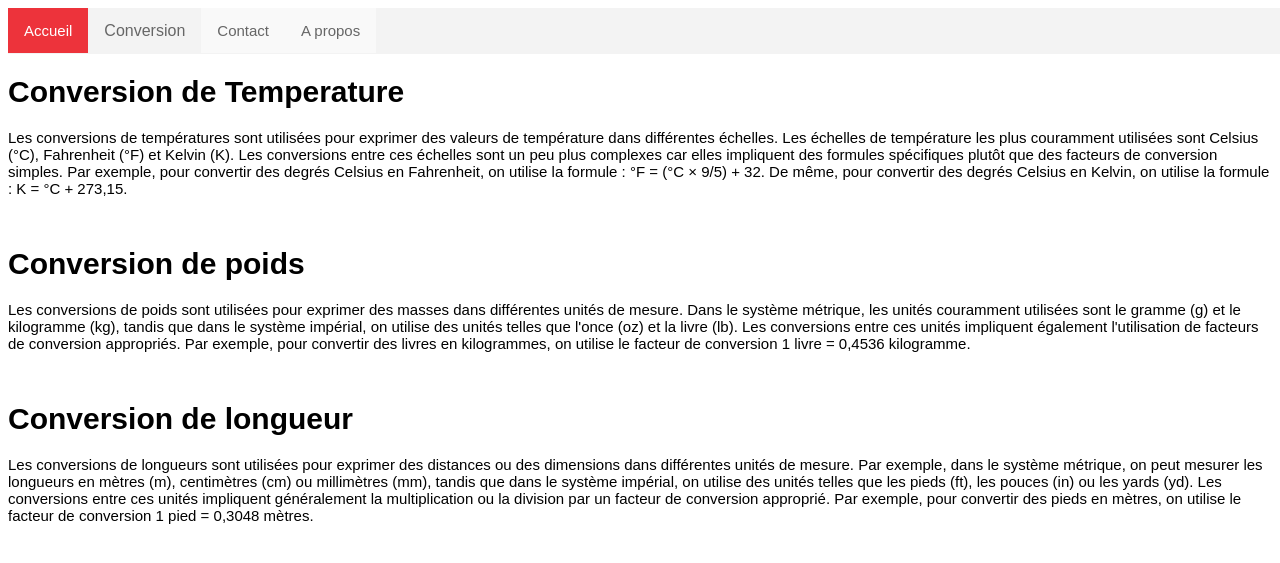
Repository: Santatrasoa/six
Page: http://localhost/Conversion/detail.html
These files come from the project's save history. The page is drawn as it stood at one moment and after the next save; the edit follows.
The browser window is 1280 px wide. The pictures show the whole page.
The page is served by Tomcat 10. Other server files are loaded and not shown.

Above is the page before, as saved 2024-04-10 09:35:26.

### Conversion/Conversion/src/main/webapp/detail.html
<!DOCTYPE html>
<html lang="en">

<head>
	<meta charset="UTF-8">
	<meta http-equiv="X-UA-Compatible" content="IE=edge">
	<meta name="viewport" content="width=device-width, initial-scale=1.0">
	<title>Acceuil</title>
	<link rel="stylesheet" href="style.css">
</head>

<body>
	<ul>
		<li><a class="active" href="index.html">Accueil</a></li>
		<li class="notHidden">
			<div class="dropdown">
				<button class="dropbtn">Conversion</button>
				<div class="dropdown-content">
					<a style="text-align: left;" href="temperature.jsp">temperature</a>
					<a style="text-align: left;" href="poid.jsp">Poid</a>
					<a style="text-align: left;" href="longueur.jsp">longueur</a>
				</div>
			</div>
		</li>
		<li><a href="index.html">Contact</a></li>
		<li><a href="detail.html">A propos</a></li>
	</ul>

	<br>
	<h1 style="margin-top: 50Px;font-size: 2em;">Conversion de Temperature</h1>
	<p>
		Les conversions de températures sont utilisées pour exprimer des valeurs de température dans différentes échelles. Les échelles de température les plus couramment utilisées sont Celsius (°C), Fahrenheit (°F) et Kelvin (K). Les conversions entre ces échelles sont un peu plus complexes car elles impliquent des formules spécifiques plutôt que des facteurs de conversion simples. Par exemple, pour convertir des degrés Celsius en Fahrenheit, on utilise la formule : °F = (°C × 9/5) + 32. De même, pour convertir des degrés Celsius en Kelvin, on utilise la formule : K = °C + 273,15.
	</p>

	<h1 style="margin-top: 50Px;font-size: 2em;">Conversion de poids</h1>
	<p>
		Les conversions de poids sont utilisées pour exprimer des masses dans différentes unités de mesure. Dans le système métrique, les unités couramment utilisées sont le gramme (g) et le kilogramme (kg), tandis que dans le système impérial, on utilise des unités telles que l'once (oz) et la livre (lb). Les conversions entre ces unités impliquent également l'utilisation de facteurs de conversion appropriés. Par exemple, pour convertir des livres en kilogrammes, on utilise le facteur de conversion 1 livre = 0,4536 kilogramme.
	</p>

	<h1 style="margin-top: 50Px;font-size: 2em;">Conversion de longueur</h1>
	<p>
Les conversions de longueurs sont utilisées pour exprimer des distances ou des dimensions dans différentes unités de mesure. Par exemple, dans le système métrique, on peut mesurer les longueurs en mètres (m), centimètres (cm) ou millimètres (mm), tandis que dans le système impérial, on utilise des unités telles que les pieds (ft), les pouces (in) ou les yards (yd). Les conversions entre ces unités impliquent généralement la multiplication ou la division par un facteur de conversion approprié. Par exemple, pour convertir des pieds en mètres, on utilise le facteur de conversion 1 pied = 0,3048 mètres.		</p>

	<p></p>

</body>

</html>

### Conversion/Conversion/src/main/webapp/style.css
* {
  padding: 0px;
  font-family: Arial, Helvetica, sans-serif;
  font-size: 15px;
}

body{
	flex-direction: column;
}

ul {
  margin: 50px;
  list-style-type: none;
  margin: 0px;
  padding: 0px;
  /* border: 1px solid #f3f3f3; */
  background-color: #f3f3f3;
  position: fixed;
  width: 100%;
}

li {
  float: left;
}

li a {
  display: block;
  color: #666;
  background-color: #f9f9f9;
  text-align: center;
  padding: 14px 16px;
  text-decoration: none;
}

li a:hover:not(.active) {
  background-color: #ddd;
}

li a.active {
  color: white;
  background-color: rgb(237, 51, 59);
}

.dropbtn {
  background-color: transparent;
  padding: 14px 16px;
  color: #666;
  font-size: 16px;
  border: none;
  cursor: pointer;
}

.dropdown {
  position: relative;
  display: inline-block;
}

.dropdown-content {
  display: none;
  position: absolute;
  background-color: #f9f9f9;
  min-width: 160px;
  box-shadow: 0px 8px 16px 0px rgba(0, 0, 0, 0.2);
  z-index: 1;
}

.dropdown-content a {
  color: black;
  padding: 12px 16px;
  text-decoration: none;
  display: block;
}


.dropdown-content a:hover {
  background-color: #f1f1f1
}

.dropdown:hover .dropdown-content {
  display: block;
}

.dropdown:hover .dropbtn {
  background-color: #ddd;
}

input[type=number] {
  width: 30%;
  padding: 12px 20px;
  margin: 8px 0;
  box-sizing: border-box;
  border: 3px solid #ccc;
  -webkit-transition: 0.5s;
  transition: 0.5s;
  outline: none;
}

input[type=submit]{
	float: left;
	width: 10%;
  	padding: 12px 20px;
 	margin: 8px 0;
  	box-sizing: border-box;
  	outline: none;
}

select {
  width: 30%;
  padding: 16px 20px;
  border: none;
  border-radius: 4px;
  background-color: #f1f1f1;
}

.acceuil{
	background-color: blue;
	width: 90vh;
	height: 100vw;
	display: flex;
	align-items: center;
	justify-content: center;
}

After the next save:
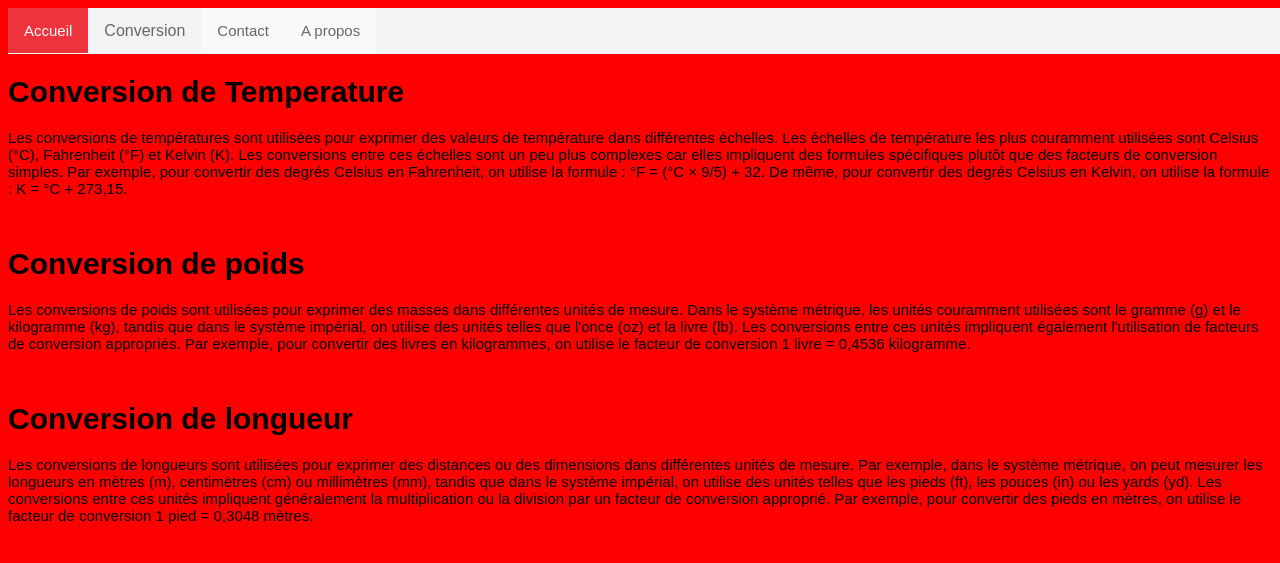
Saved 6 min 18 s later.
--- a/Conversion/Conversion/src/main/webapp/style.css
+++ b/Conversion/Conversion/src/main/webapp/style.css
@@ -6,6 +6,7 @@
 
 body{
 	flex-direction: column;
+	background-color: #f00;
 }
 
 ul {
@@ -112,7 +113,7 @@
   background-color: #f1f1f1;
 }
 
-.acceuil{
+.acceuil {
 	background-color: blue;
 	width: 90vh;
 	height: 100vw;

After the 3 saves that followed:
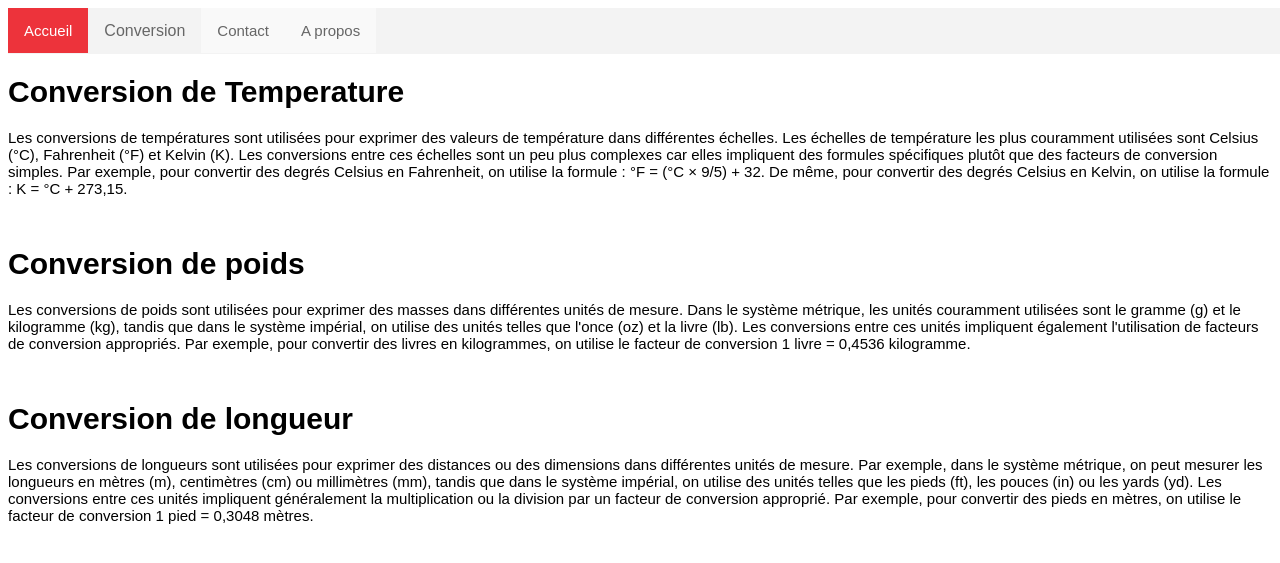
The 3 saves are shown as one change because 2 left the picture as it was.
The last was saved 10 min 54 s later.
--- a/Conversion/Conversion/src/main/webapp/style.css
+++ b/Conversion/Conversion/src/main/webapp/style.css
@@ -6,7 +6,6 @@
 
 body{
 	flex-direction: column;
-	background-color: #f00;
 }
 
 ul {
